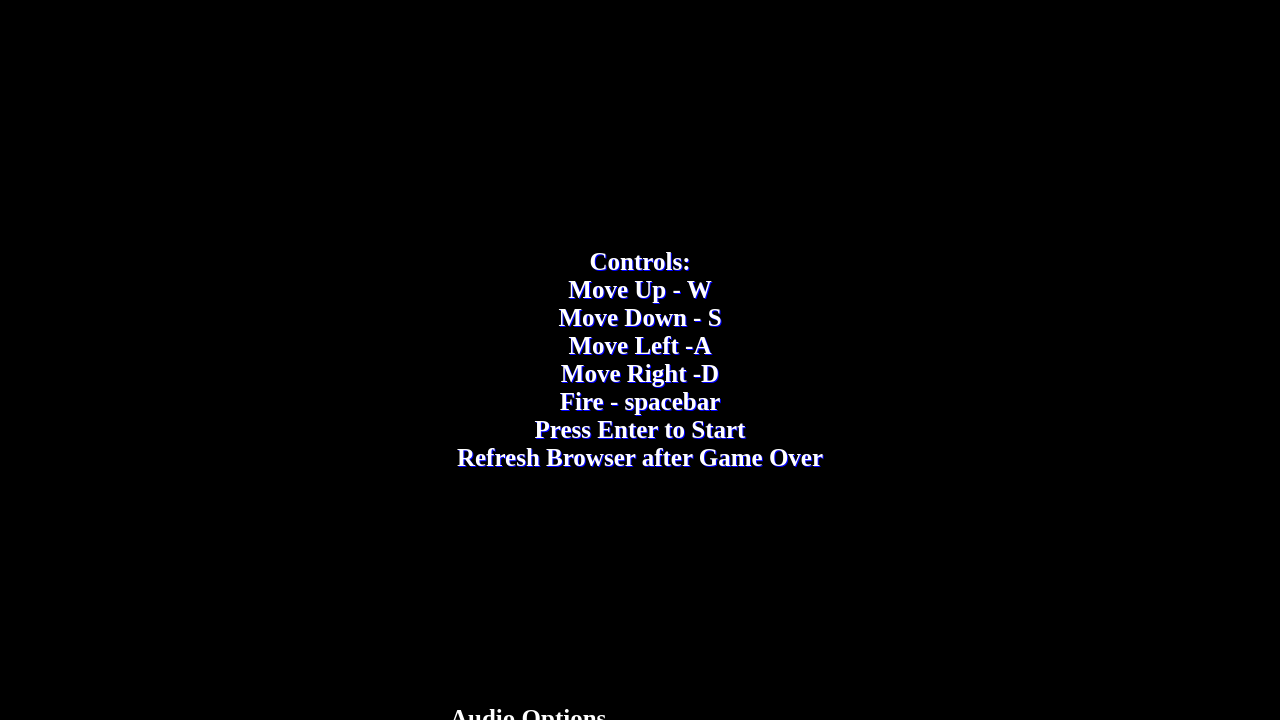
Repository: SammyGutierrez335/GalacticBreach
Page: index.html
These files come from the project's save history. The page is drawn as it stood at one moment and after the next save; the edit follows.
The browser window is 1280 px wide. The pictures show the whole page.

Above is the page before, as saved 2020-04-15 23:12:22.
Console error: TypeError: Cannot read properties of null (reading 'addEventListener')

After the next save:
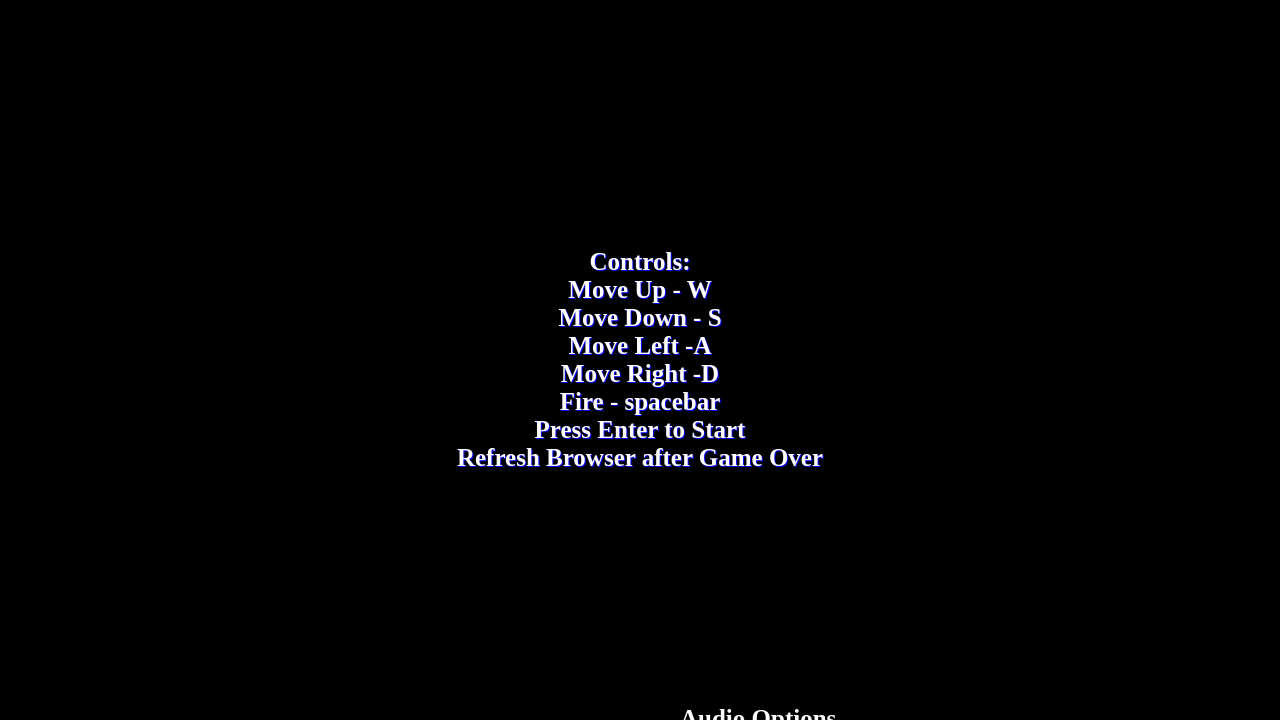
Saved 6 s later.
--- a/css/app.css
+++ b/css/app.css
@@ -51,7 +51,7 @@ canvas {
 }
 .audio-options{
   position: absolute;
-  left: 450px;
+  left: 680px;
   top: 680px;
   font-family: fantasy;
 }
